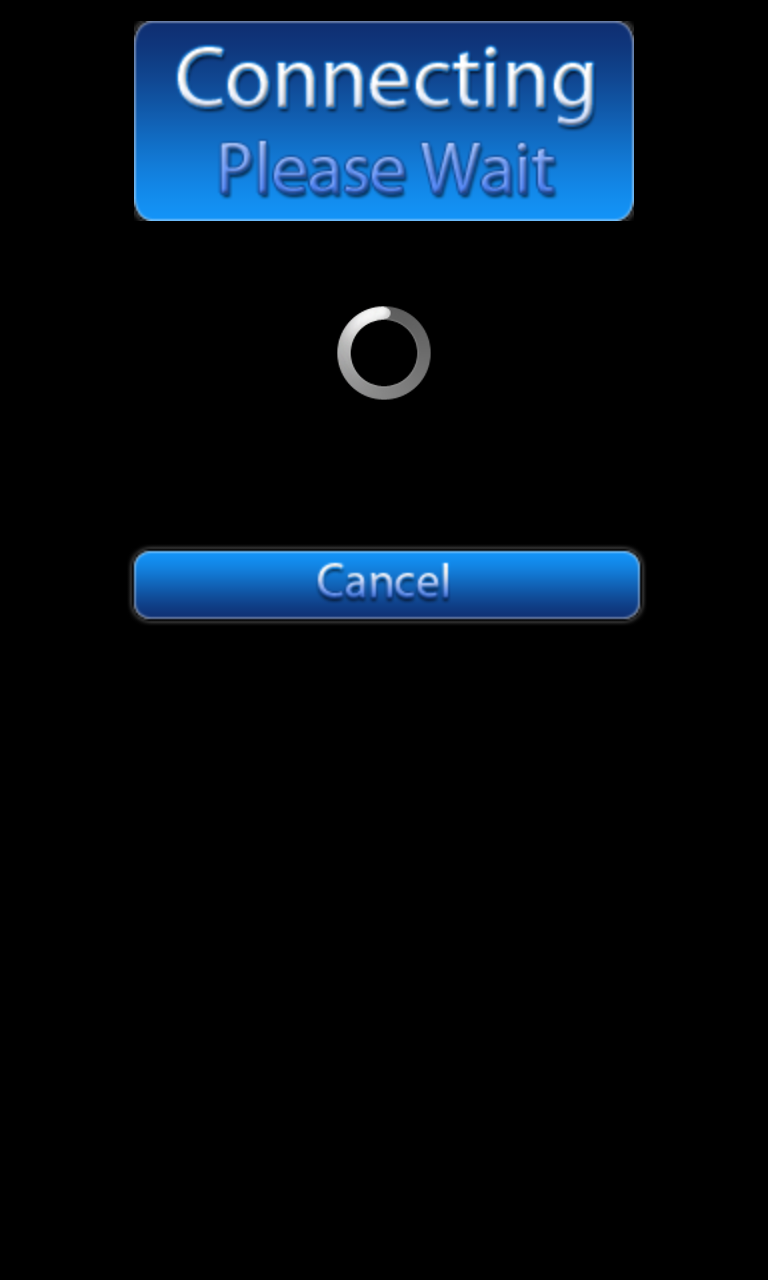
Repository: Matt-Bishop/HP-Photo-Kiosk
Layout: workspace/HP_PK/res/layout/connecting.xml
The author's editor kept a copy of each file at every save. The layout is drawn from the files as they stood at one save, then again after the next save.
It is drawn on a 768 x 1280 px phone screen (xhdpi) without system bars, with theme android:Theme; the app's code is not run.

Above is the layout before, as saved 2011-01-05 02:03:26.

### workspace/HP_PK/res/layout/connecting.xml
<?xml version="1.0" encoding="utf-8"?>
<LinearLayout
android:id="@+id/widget55"
android:layout_width="fill_parent"
android:layout_height="fill_parent"
android:orientation="vertical"
xmlns:android="http://schemas.android.com/apk/res/android"
>
<FrameLayout
android:id="@+id/widget86"
android:layout_width="wrap_content"
android:layout_height="21px"
>
<FrameLayout
android:id="@+id/widget87"
android:layout_width="wrap_content"
android:layout_height="wrap_content"
>
</FrameLayout>
</FrameLayout>
<ImageView
android:id="@+id/widget37"
android:layout_width="wrap_content"
android:layout_height="wrap_content"
android:src="@drawable/hp_connecting"
android:layout_gravity="center_horizontal"
>
</ImageView>
<LinearLayout
android:id="@+id/widget58"
android:layout_width="wrap_content"
android:layout_height="21px"
android:orientation="vertical"
>
</LinearLayout>
<LinearLayout
android:id="@+id/widget57"
android:layout_width="wrap_content"
android:layout_height="21px"
android:orientation="vertical"
>
</LinearLayout>
<LinearLayout
android:id="@+id/widget59"
android:layout_width="wrap_content"
android:layout_height="21px"
android:orientation="vertical"
>
</LinearLayout>
<LinearLayout
android:id="@+id/widget60"
android:layout_width="wrap_content"
android:layout_height="21px"
android:orientation="vertical"
>
</LinearLayout>
<ProgressBar
android:id="@+id/widget36"
android:layout_width="wrap_content"
android:layout_height="wrap_content"
android:indeterminate="true"
android:layout_gravity="center_horizontal"
>
</ProgressBar>
<LinearLayout
android:id="@+id/widget56"
android:layout_width="wrap_content"
android:layout_height="21px"
android:orientation="vertical"
>
</LinearLayout>
<LinearLayout
android:id="@+id/widget62"
android:layout_width="wrap_content"
android:layout_height="21px"
android:orientation="vertical"
>
</LinearLayout>
<LinearLayout
android:id="@+id/widget61"
android:layout_width="wrap_content"
android:layout_height="21px"
android:orientation="vertical"
>
</LinearLayout>
<LinearLayout
android:id="@+id/widget66"
android:layout_width="wrap_content"
android:layout_height="21px"
android:orientation="vertical"
>
</LinearLayout>
<LinearLayout
android:id="@+id/widget70"
android:layout_width="wrap_content"
android:layout_height="21px"
android:orientation="vertical"
>
</LinearLayout>
<LinearLayout
android:id="@+id/widget64"
android:layout_width="wrap_content"
android:layout_height="21px"
android:orientation="vertical"
>
<LinearLayout
android:id="@+id/widget69"
android:layout_width="wrap_content"
android:layout_height="21px"
android:orientation="vertical"
>
</LinearLayout>
</LinearLayout>
<ImageButton
android:id="@+id/widget30"
android:layout_width="wrap_content"
android:layout_height="wrap_content"
android:background="#ff000000"
android:src="@drawable/hp_cancel_button"
android:layout_gravity="center_horizontal"
>
</ImageButton>
<FrameLayout
android:id="@+id/widget88"
android:layout_width="wrap_content"
android:layout_height="21px"
>
</FrameLayout>
</LinearLayout>

After the next save:
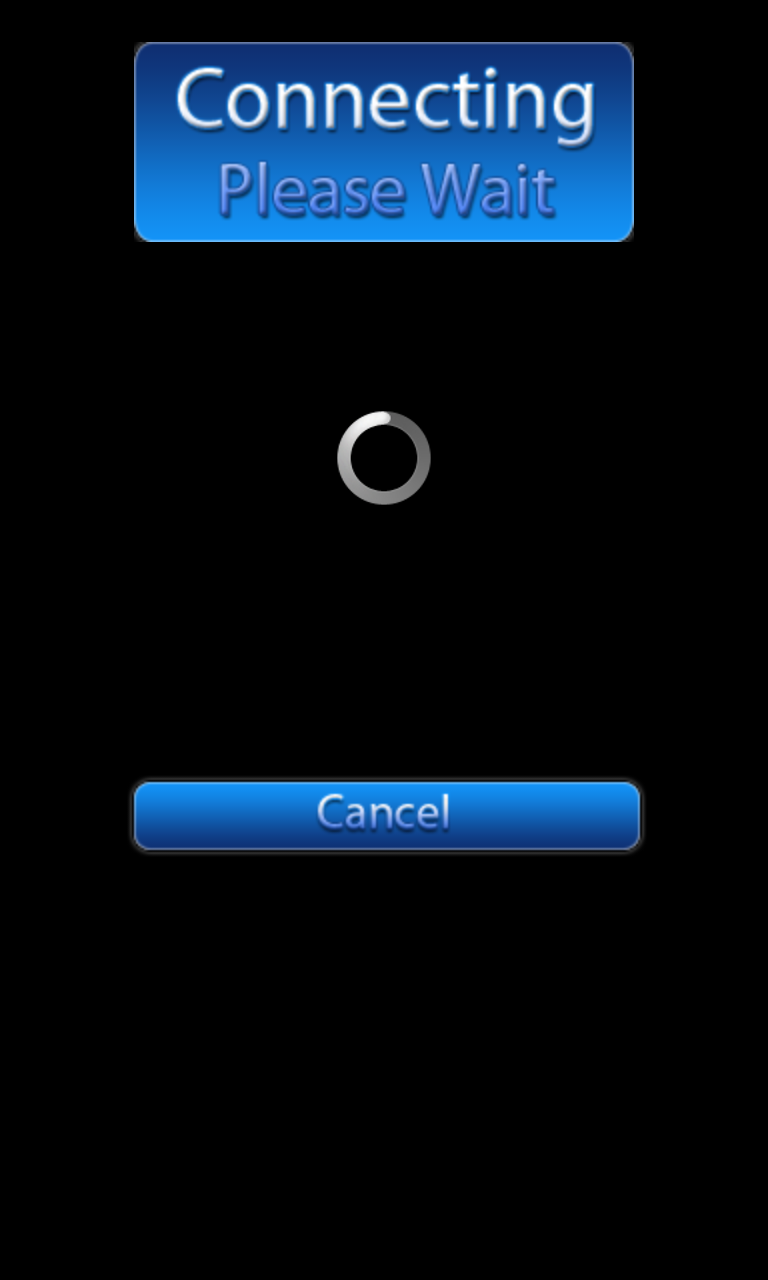
Saved 71 s later.
--- a/workspace/HP_PK/res/layout/connecting.xml
+++ b/workspace/HP_PK/res/layout/connecting.xml
@@ -9,7 +9,7 @@
 <FrameLayout
 android:id="@+id/widget86"
 android:layout_width="wrap_content"
-android:layout_height="21px"
+android:layout_height="21dp"
 >
 <FrameLayout
 android:id="@+id/widget87"
@@ -29,28 +29,28 @@
 <LinearLayout
 android:id="@+id/widget58"
 android:layout_width="wrap_content"
-android:layout_height="21px"
+android:layout_height="21dp"
 android:orientation="vertical"
 >
 </LinearLayout>
 <LinearLayout
 android:id="@+id/widget57"
 android:layout_width="wrap_content"
-android:layout_height="21px"
+android:layout_height="21dp"
 android:orientation="vertical"
 >
 </LinearLayout>
 <LinearLayout
 android:id="@+id/widget59"
 android:layout_width="wrap_content"
-android:layout_height="21px"
+android:layout_height="21dp"
 android:orientation="vertical"
 >
 </LinearLayout>
 <LinearLayout
 android:id="@+id/widget60"
 android:layout_width="wrap_content"
-android:layout_height="21px"
+android:layout_height="21dp"
 android:orientation="vertical"
 >
 </LinearLayout>
@@ -65,48 +65,48 @@
 <LinearLayout
 android:id="@+id/widget56"
 android:layout_width="wrap_content"
-android:layout_height="21px"
+android:layout_height="21dp"
 android:orientation="vertical"
 >
 </LinearLayout>
 <LinearLayout
 android:id="@+id/widget62"
 android:layout_width="wrap_content"
-android:layout_height="21px"
+android:layout_height="21dp"
 android:orientation="vertical"
 >
 </LinearLayout>
 <LinearLayout
 android:id="@+id/widget61"
 android:layout_width="wrap_content"
-android:layout_height="21px"
+android:layout_height="21dp"
 android:orientation="vertical"
 >
 </LinearLayout>
 <LinearLayout
 android:id="@+id/widget66"
 android:layout_width="wrap_content"
-android:layout_height="21px"
+android:layout_height="21dp"
 android:orientation="vertical"
 >
 </LinearLayout>
 <LinearLayout
 android:id="@+id/widget70"
 android:layout_width="wrap_content"
-android:layout_height="21px"
+android:layout_height="21dp"
 android:orientation="vertical"
 >
 </LinearLayout>
 <LinearLayout
 android:id="@+id/widget64"
 android:layout_width="wrap_content"
-android:layout_height="21px"
+android:layout_height="21dp"
 android:orientation="vertical"
 >
 <LinearLayout
 android:id="@+id/widget69"
 android:layout_width="wrap_content"
-android:layout_height="21px"
+android:layout_height="21dp"
 android:orientation="vertical"
 >
 </LinearLayout>
@@ -123,7 +123,7 @@
 <FrameLayout
 android:id="@+id/widget88"
 android:layout_width="wrap_content"
-android:layout_height="21px"
+android:layout_height="21dp"
 >
 </FrameLayout>
 </LinearLayout>
